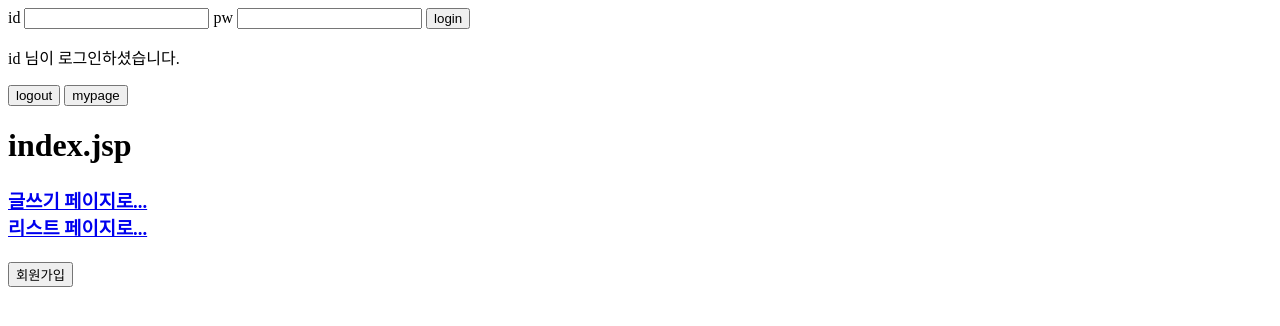
Repository: HaeunOh/study
Page: http://localhost/jsp_study/
An editor plug-in stored every save of this project. The page is shown before and after the next save, followed by the edit.
The browser window is 1280 px wide. The pictures show the whole page.
The page is served by Tomcat 9. Other server files are loaded and not shown.

Above is the page before, as saved 2024-04-15 01:24:05.

### _jsp_workspace/jsp_study/src/main/webapp/index.jsp
<%@ page language="java" contentType="text/html; charset=UTF-8"
    pageEncoding="UTF-8"%>
<!DOCTYPE html>
<html>
<head>
<meta charset="UTF-8">
<title>Insert title here</title>
</head>
<body>
	id <input type="text"> pw <input type="text"> <button>login</button>
	<p> id 님이 로그인하셨습니다. </p> <button>logout</button> <button>mypage</button>
	<h1>index.jsp</h1>
	<h3>
		<a href="/brd/register">글쓰기 페이지로...</a> <br>
		<a href="/brd/list">리스트 페이지로...</a> <br> <br>
		<a> <button type="button">회원가입</button> </a>
	</h3>
</body>
</html>

After the next save:
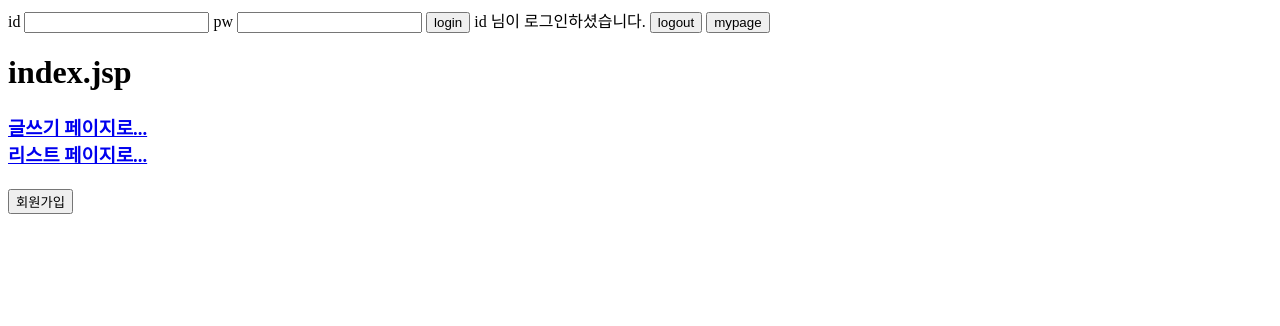
Saved 15 s later.
--- a/_jsp_workspace/jsp_study/src/main/webapp/index.jsp
+++ b/_jsp_workspace/jsp_study/src/main/webapp/index.jsp
@@ -8,7 +8,7 @@
 </head>
 <body>
 	id <input type="text"> pw <input type="text"> <button>login</button>
-	<p> id 님이 로그인하셨습니다. </p> <button>logout</button> <button>mypage</button>
+	<span> id 님이 로그인하셨습니다. </span> <button>logout</button> <button>mypage</button>
 	<h1>index.jsp</h1>
 	<h3>
 		<a href="/brd/register">글쓰기 페이지로...</a> <br>
